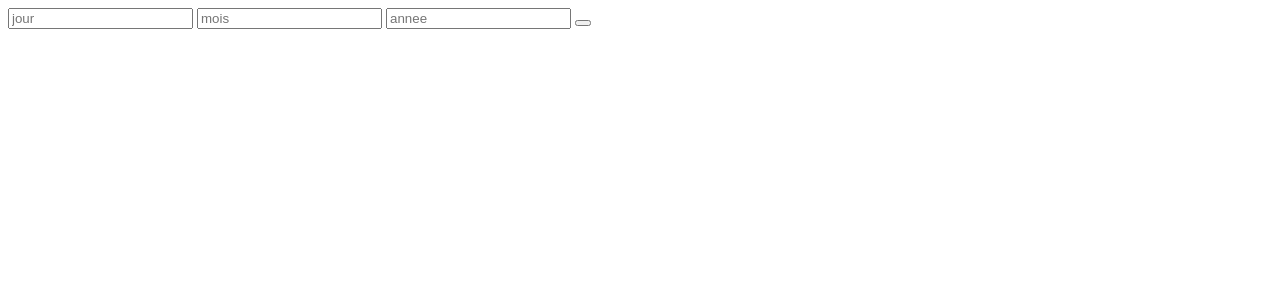
Repository: MiantsaSarindra/S3ExamDec
Page: http://localhost/app/views/benefice.php
An editor plug-in stored every save of this project. The page is shown before and after the next save, followed by the edit.
The browser window is 1280 px wide. The pictures show the whole page.
The page is run by PHP 8.4 with error messages shown; the project is at /var/www/html/.

Above is the page before, as saved 2025-12-17 21:06:47.

### app/views/benefice.php
<!DOCTYPE html>
<html lang="fr">
<head>
    <meta charset="UTF-8">
    <meta name="viewport" content="width=device-width, initial-scale=1.0">
    <title>Document</title>
</head>
<body>
    <form action="" method="post">
        <input type="number" name="jour" placeholder="jour">
        <input type="number" name="mois" placeholder="mois">
        <input type="number" name="annee" placeholder="annee">
        <button type="submit"></button>
    </form>
</body>
</html>

After the next save:
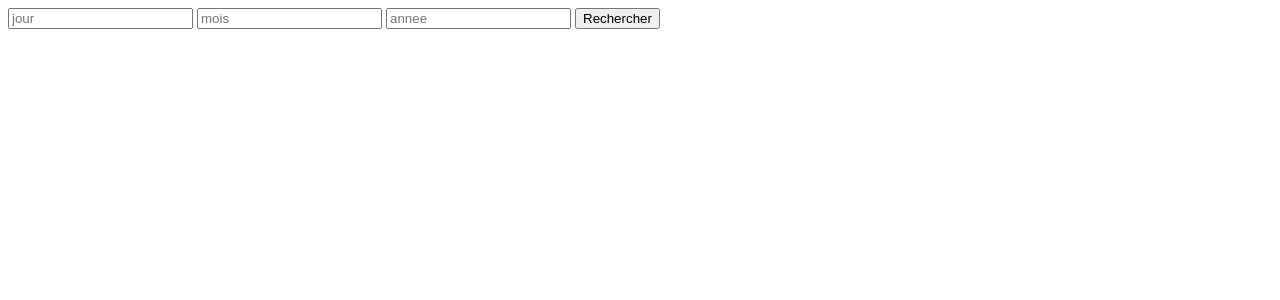
Saved 15 s later.
--- a/app/views/benefice.php
+++ b/app/views/benefice.php
@@ -10,7 +10,7 @@
         <input type="number" name="jour" placeholder="jour">
         <input type="number" name="mois" placeholder="mois">
         <input type="number" name="annee" placeholder="annee">
-        <button type="submit"></button>
+        <button type="submit">Rechercher</button>
     </form>
 </body>
 </html>
